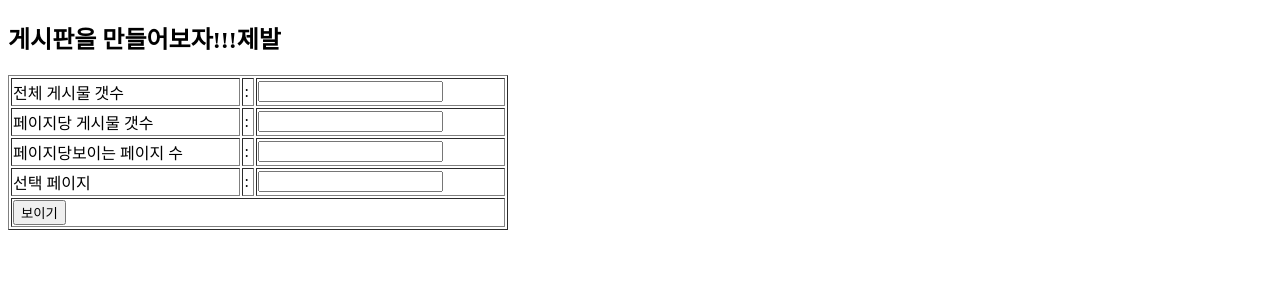
Repository: DrakeJU/eclipse-workspace
Page: Web/WebContent/01/PostBoardIndex.html
The author's editor kept a copy of each file at every save. The page is drawn from the files as they stood at one save, then again after the next save.
The browser window is 1280 px wide. The pictures show the whole page.

Above is the page before, as saved 2017-10-13 03:52:13.

After the next save:
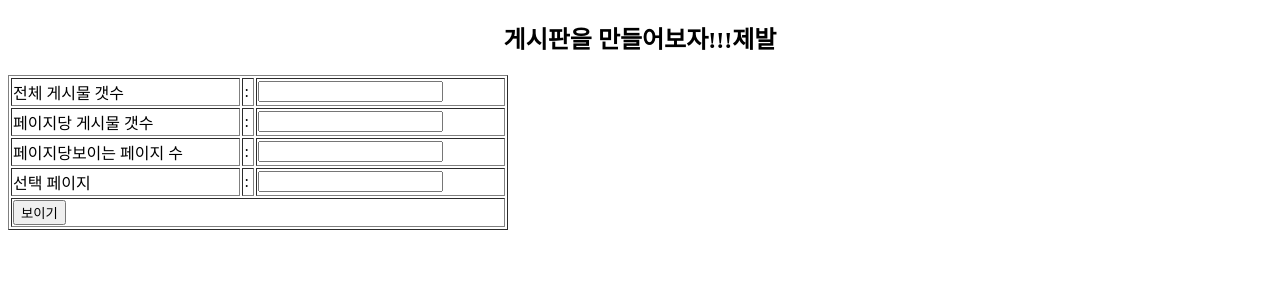
Saved 54 min 8 s later.
--- a/Web/WebContent/01/PostBoardIndex.html
+++ b/Web/WebContent/01/PostBoardIndex.html
@@ -5,7 +5,7 @@
 			<title>indexPage</title>
 	</head>
 		<body>
-			<h2>게시판을 만들어보자!!!제발</h2>
+			<h2 align = "center">게시판을 만들어보자!!!제발</h2>
 				<form action "/PostBoard" method = "post">
 				<table border="1" width = "500" heigth = "100" >
 					<tr>
